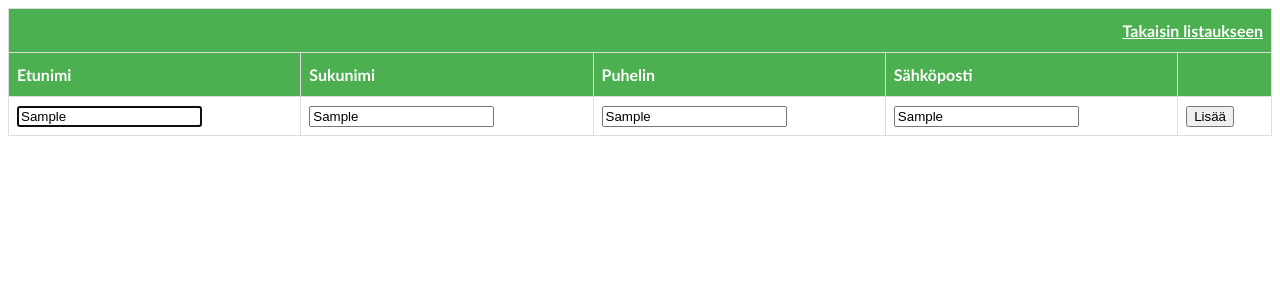
Repository: teemulin/NativeJS_Asiakas
Page: http://localhost/Asiakkaat/lisaaasiakas.jsp
These files come from the project's save history. The page is drawn as it stood at one moment and after the next save; the edit follows.
The browser window is 1280 px wide. The pictures show the whole page.
Empty fields were first filled with sample values (such as "Sample", 5 or name@example.com).
After loading, the first visible `#tallenna` was clicked once.
The page is served by Tomcat 9.

Above is the page before, as saved 2020-05-13 14:16:01.
Console error: TypeError: Cannot read properties of null (reading 'value')

After the next save:
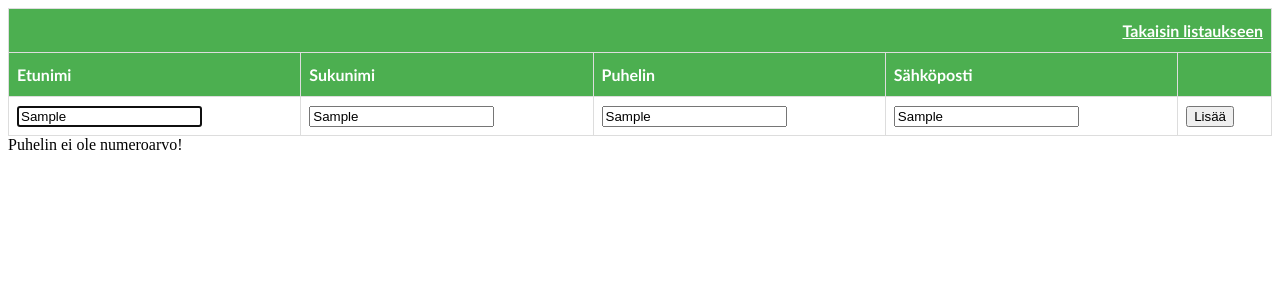
The error is gone.
Saved 8 min 28 s later.
--- a/Asiakkaat/WebContent/lisaaasiakas.jsp
+++ b/Asiakkaat/WebContent/lisaaasiakas.jsp
@@ -59,7 +59,7 @@ function lisaaTiedot(){
 	else if(document.getElementById("Puhelin").value.length<5){
 		ilmo="Puhelinnumero ei kelpaa!";
 	}
-	else if(document.getElementById("Puhelin").value*1!=document.getElementById("vuosi").value){
+	else if(document.getElementById("Puhelin").value*1!=document.getElementById("Puhelin").value){
 		ilmo="Puhelin ei ole numeroarvo!";
 	}
 	else if(document.getElementById("Sposti").value.length<5){
